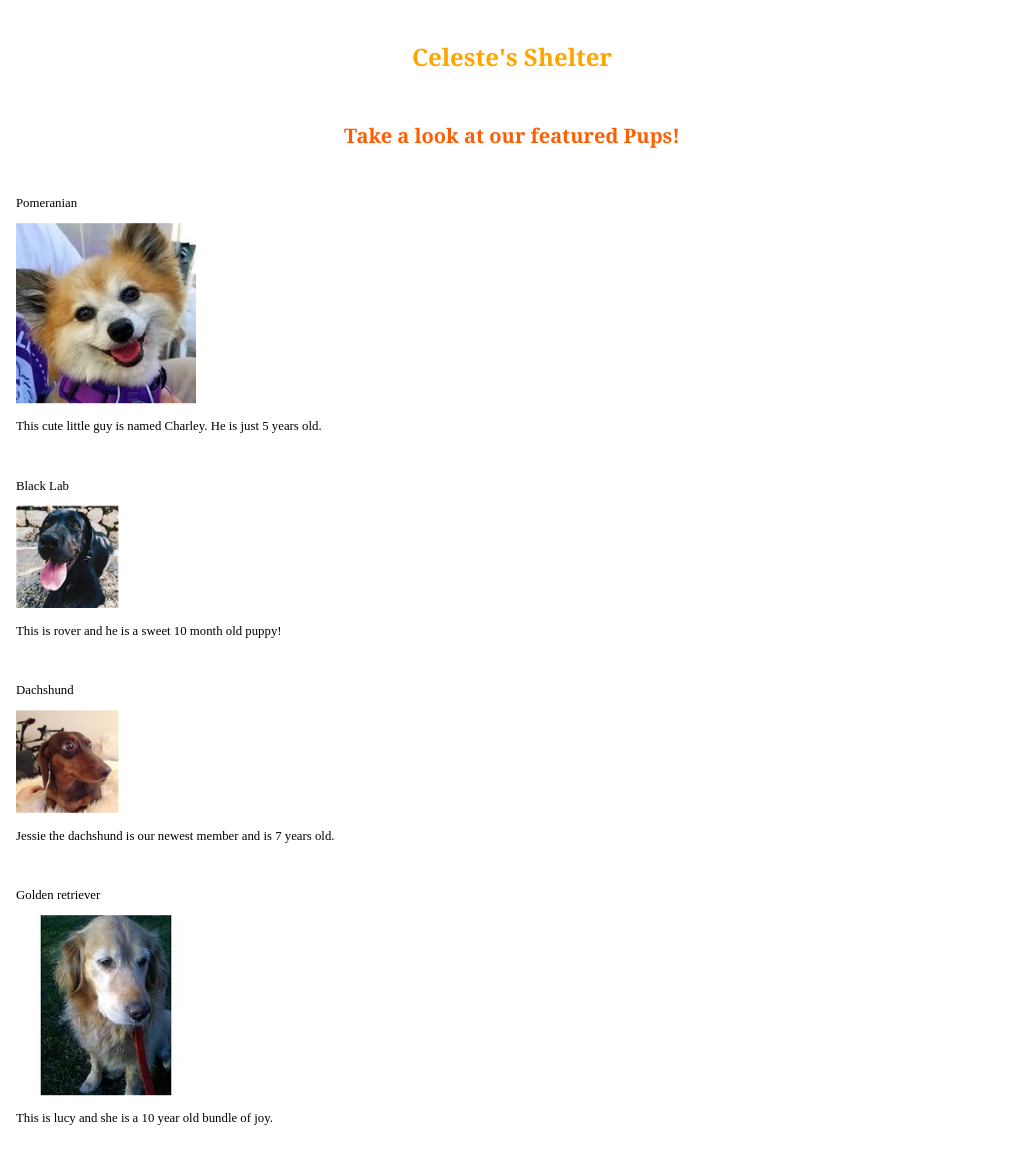
Repository: fieldceleste/animal-shelter
Page: animal-shelter.html
An editor plug-in stored every save of this project. The page is shown before and after the next save, followed by the edit.
The browser window is 1280 px wide. The pictures show the whole page, at 80% of full size.

Above is the page before, as saved 2019-10-30 18:54:29.

After the next save:
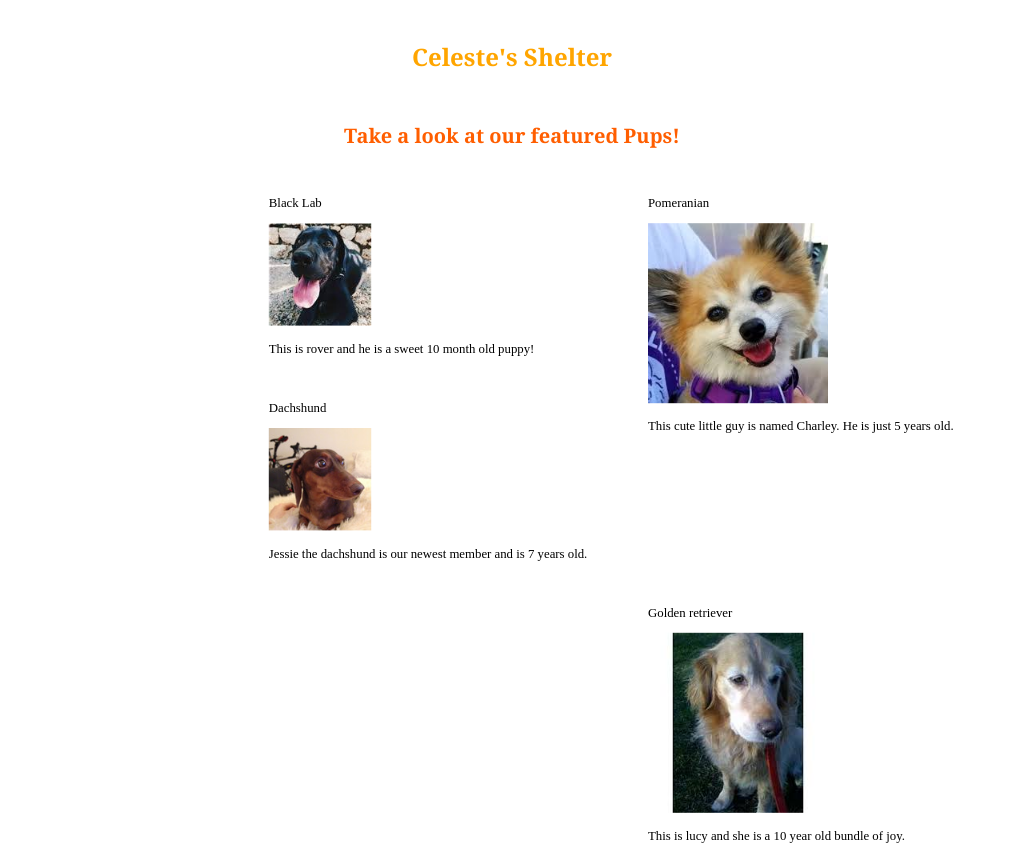
Saved 10 s later.
--- a/css/styles.css
+++ b/css/styles.css
@@ -21,7 +21,7 @@
 }
 
  .column{
-    float:center;
+    float:right;
     width:450px;
     padding:12px;
 

After the save that followed:
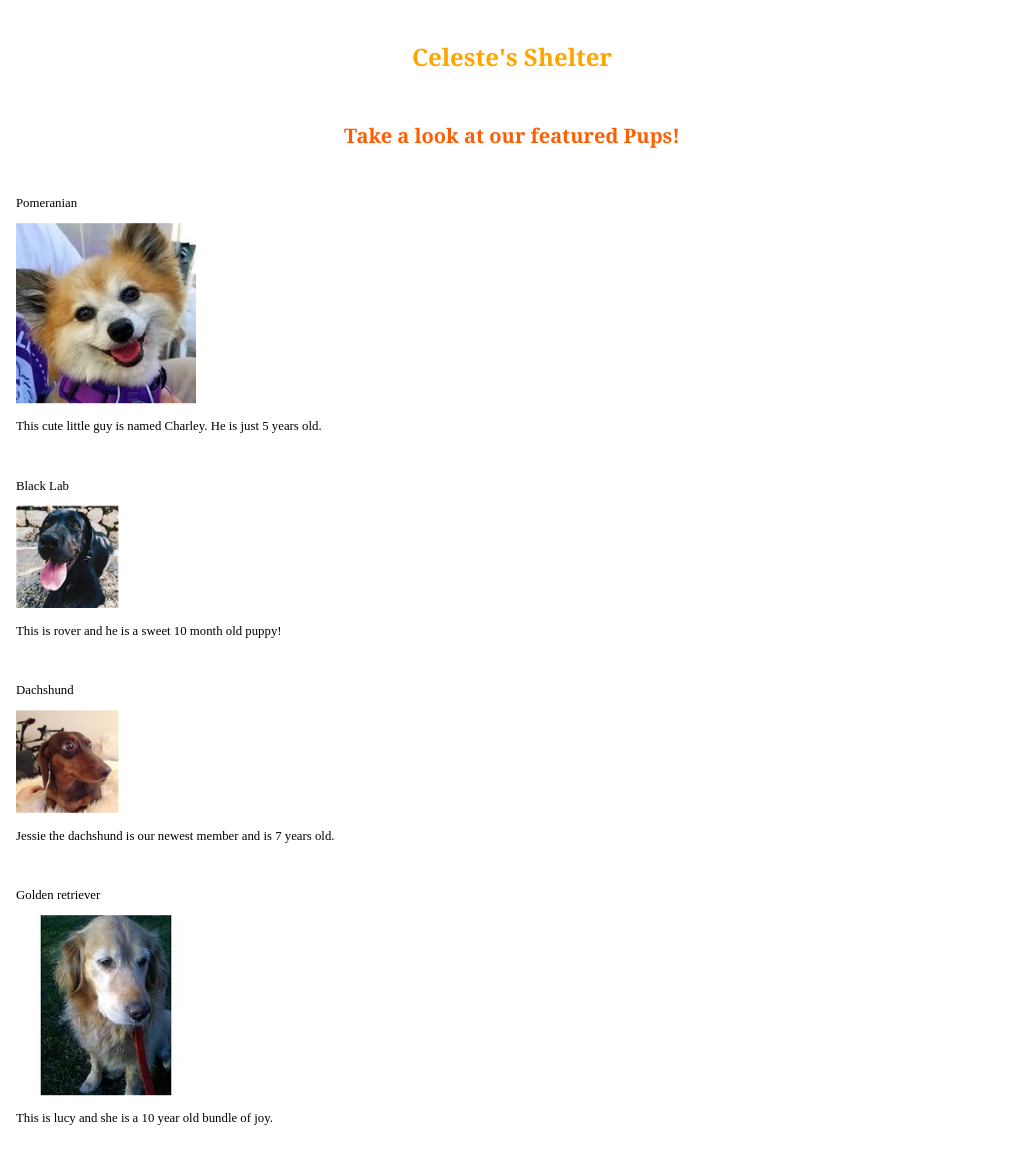
Saved 12 s later.
--- a/css/styles.css
+++ b/css/styles.css
@@ -21,7 +21,7 @@
 }
 
  .column{
-    float:right;
+    float:left center;
     width:450px;
     padding:12px;
 
